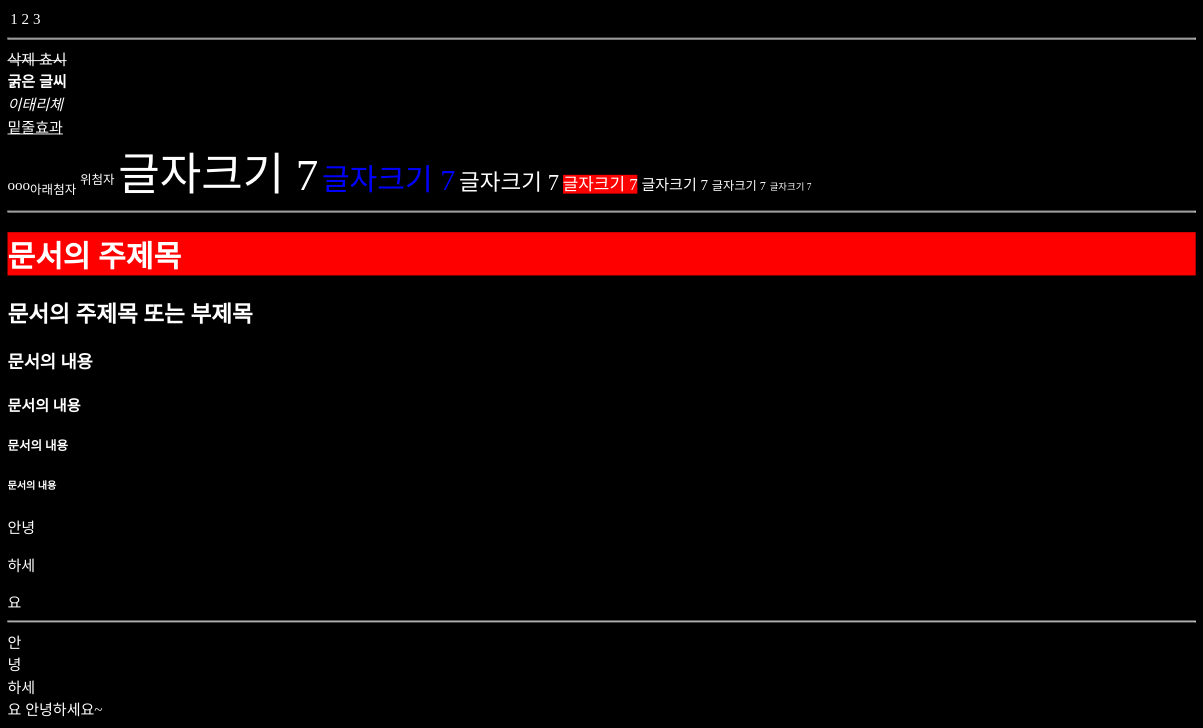
Repository: sjh86/html-day01
Page: html/day01.html
An editor plug-in stored every save of this project. The page is shown before and after the next save, followed by the edit.
The browser window is 1280 px wide. The pictures show the whole page, at 94% of full size.

Above is the page before, as saved 2021-10-04 05:18:38.

### html/day01.html
<!DOCTYPE html>
<html>
<head>
<meta charset="EUC-KR">
<title>Insert title here</title>
</head>
<body text="white" bgcolor="black">

<table>
	<tr>
		<td>1</td><td>2</td><td>3</td>



	</tr>
</table>

<hr>





<strike>삭제 쵸시</strike> <br>
<b>굵은 글씨</b> <br>
<i>이태리체</i> <br>
<u>밑줄효과</u> <br>
ooo<sub>아래첨자</sub> <sup>위첨자</sup>


<font size = "7">글자크기 7</font>
<font size = "6" face="궁서체" color = "blue">글자크기 7</font>
<font size = "5">글자크기 7</font>
<font size = "4" style="background-color: red;">글자크기 7</font>
<font size = "3">글자크기 7</font>
<font size = "2">글자크기 7</font>
<font size = "1">글자크기 7</font>

<hr>

<h1 style="background-color: red;">문서의 주제목</h1>
<h2>문서의 주제목 또는 부제목</h2>
<h3>문서의 내용</h3>
<h4>문서의 내용</h4>
<h5>문서의 내용</h5>
<h6>문서의 내용</h6>
안녕
<p>하세</p>
요
<hr>
안<br>녕<br>
하세<br>
요
<!--

주석
 -->
	안녕하세요~
</body>
</html>

After the next save:
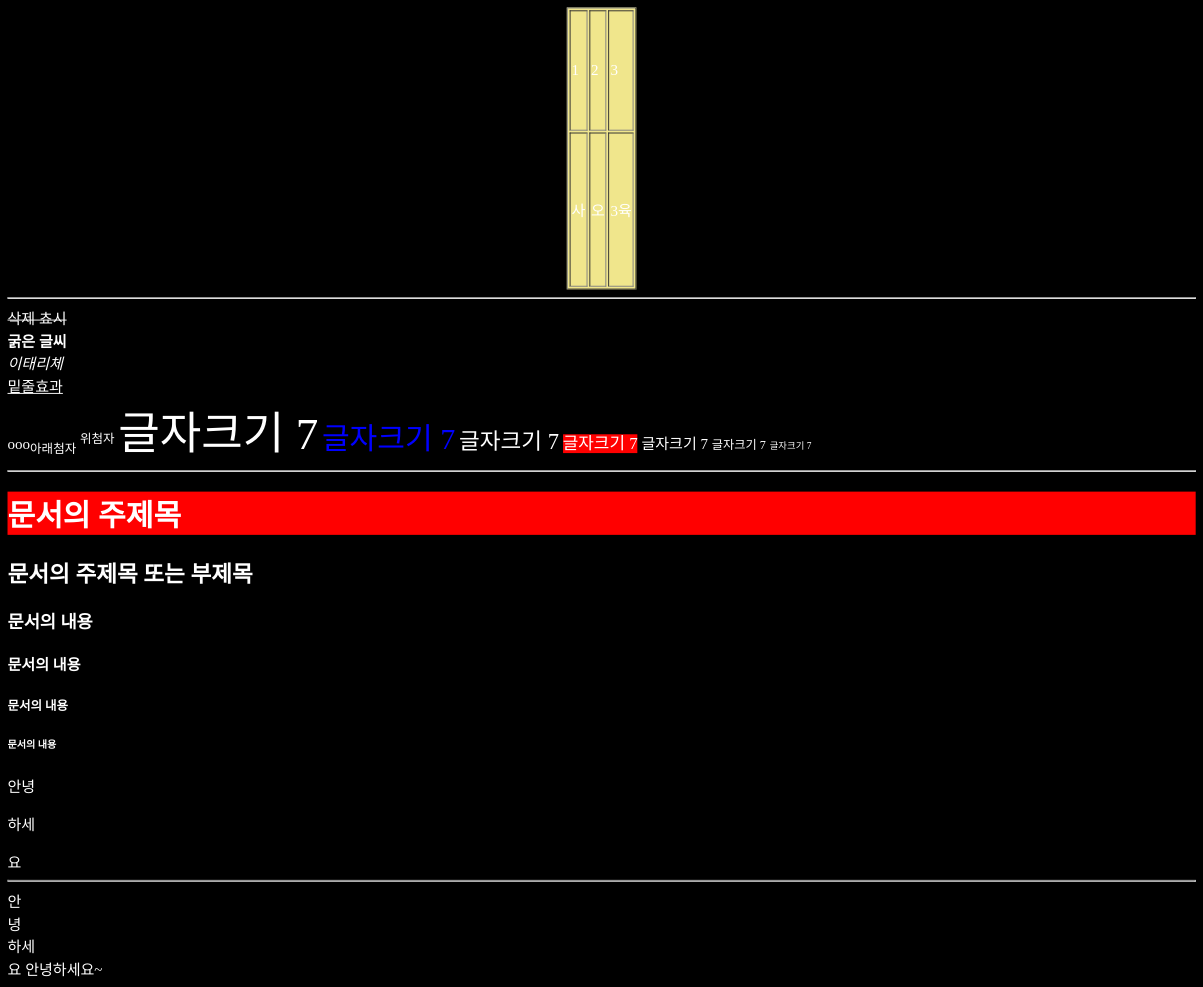
Saved 4 min 29 s later.
--- a/html/day01.html
+++ b/html/day01.html
@@ -6,12 +6,12 @@
 </head>
 <body text="white" bgcolor="black">
 
-<table>
+<table border="1" align="center" height="300" bgcolor="khaki">
 	<tr>
 		<td>1</td><td>2</td><td>3</td>
-
-
-
+	</tr>
+	<tr>
+		<td>사</td><td>오</td><td>3육</td>
 	</tr>
 </table>
 
